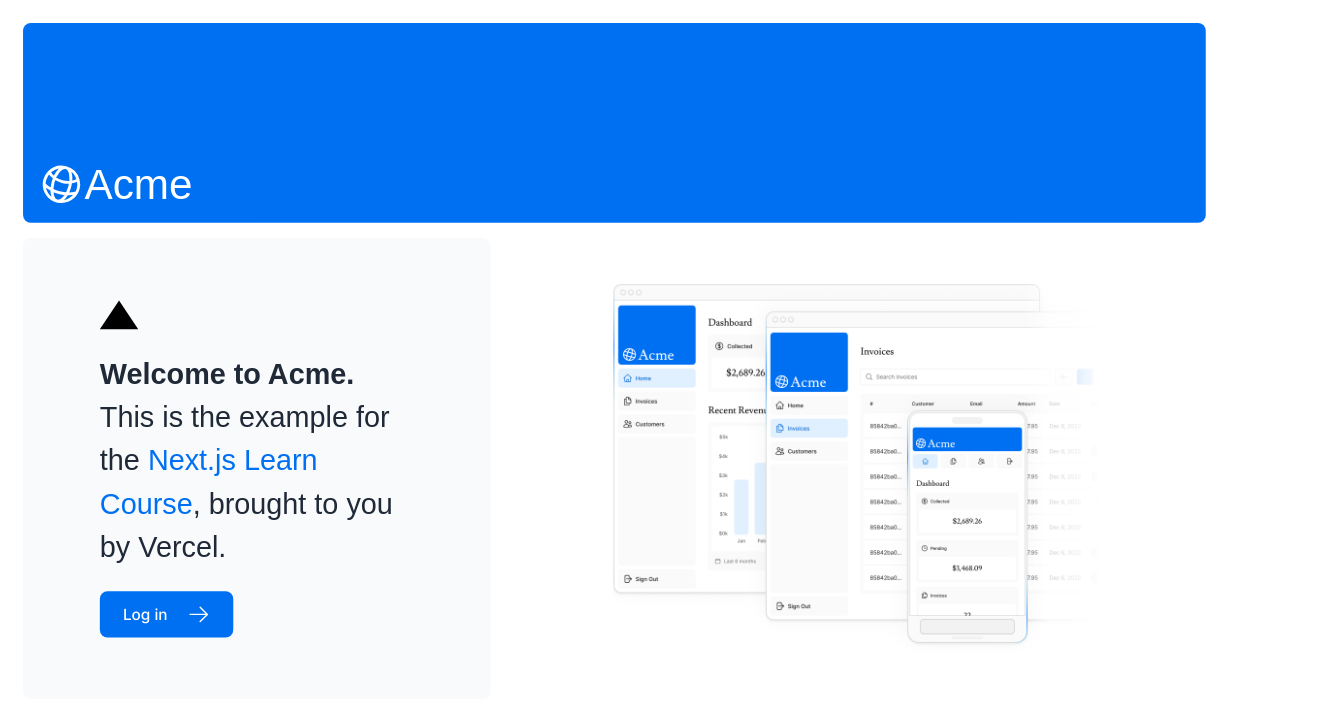
Repository: xupppp/next-project
Page: /
The author's editor kept a copy of each file at every save. The page is drawn from the files as they stood at one save, then again after the next save.
The browser window is 1280 px wide. The page is 1280 px wide, then 1397 px, so the pictures cover 1397 px, including what lies to the right of the window. The pictures show the whole page, at 96% of full size.
Some web fonts or font styles are not loaded; a fallback is used. The project was rebuilt for these pictures with package versions that can differ from the ones it lists, and the page was loaded fresh each time. The framework's server and built-in components were replaced by stand-ins that run in the browser. Also part of the build but not shown: next.config.js.

Above is the page before, as saved 2023-12-12 11:22:47.

### app/page.tsx
import AcmeLogo from '@/app/ui/acme-logo';
import { ArrowRightIcon } from '@heroicons/react/24/outline';
import Link from 'next/link';
import { lusitana } from '@/app/ui/fonts';
import Image from 'next/image';

export default function Page() {
  return (
    <main className="flex min-h-screen flex-col p-6">
      <div className="flex h-20 shrink-0 items-end rounded-lg bg-blue-500 p-4 md:h-52">
        <AcmeLogo />
      </div>
      <div className="mt-4 flex grow flex-col gap-4 md:flex-row">
        <div className="flex flex-col justify-center gap-6 rounded-lg bg-gray-50 px-6 py-10 md:w-2/5 md:px-20">
          <div className="h-0 w-0 border-b-[30px] border-l-[20px] border-r-[20px] border-b-black border-l-transparent border-r-transparent" />
          <p
            className={`${lusitana.className} text-xl text-gray-800 md:text-3xl md:leading-normal`}
          >
            <strong>Welcome to Acme.</strong> This is the example for the{' '}
            <a href="https://nextjs.org/learn/" className="text-blue-500">
              Next.js Learn Course
            </a>
            , brought to you by Vercel.
          </p>
          <Link
            href="/login"
            className="flex items-center gap-5 self-start rounded-lg bg-blue-500 px-6 py-3 text-sm font-medium text-white transition-colors hover:bg-blue-400 md:text-base"
          >
            <span>Log in</span> <ArrowRightIcon className="w-5 md:w-6" />
          </Link>
        </div>
        <div className="flex items-center justify-center p-6 md:w-3/5 md:px-28 md:py-12">
          {/* Add Hero Images Here */}
          <Image
            src="/hero-desktop.png"
            width={1000}
            height={760}
            className="hidden md:block"
            alt="Screenshots of the dashboard project showing desktop version"
          />
        </div>
      </div>
    </main>
  );
}

Loaded but not shown: app/layout.tsx (common file); app/ui/global.css (common file); app/ui/fonts.ts (common file); app/ui/acme-logo.tsx (common file); tailwind.config.ts (common file)

After the next save:
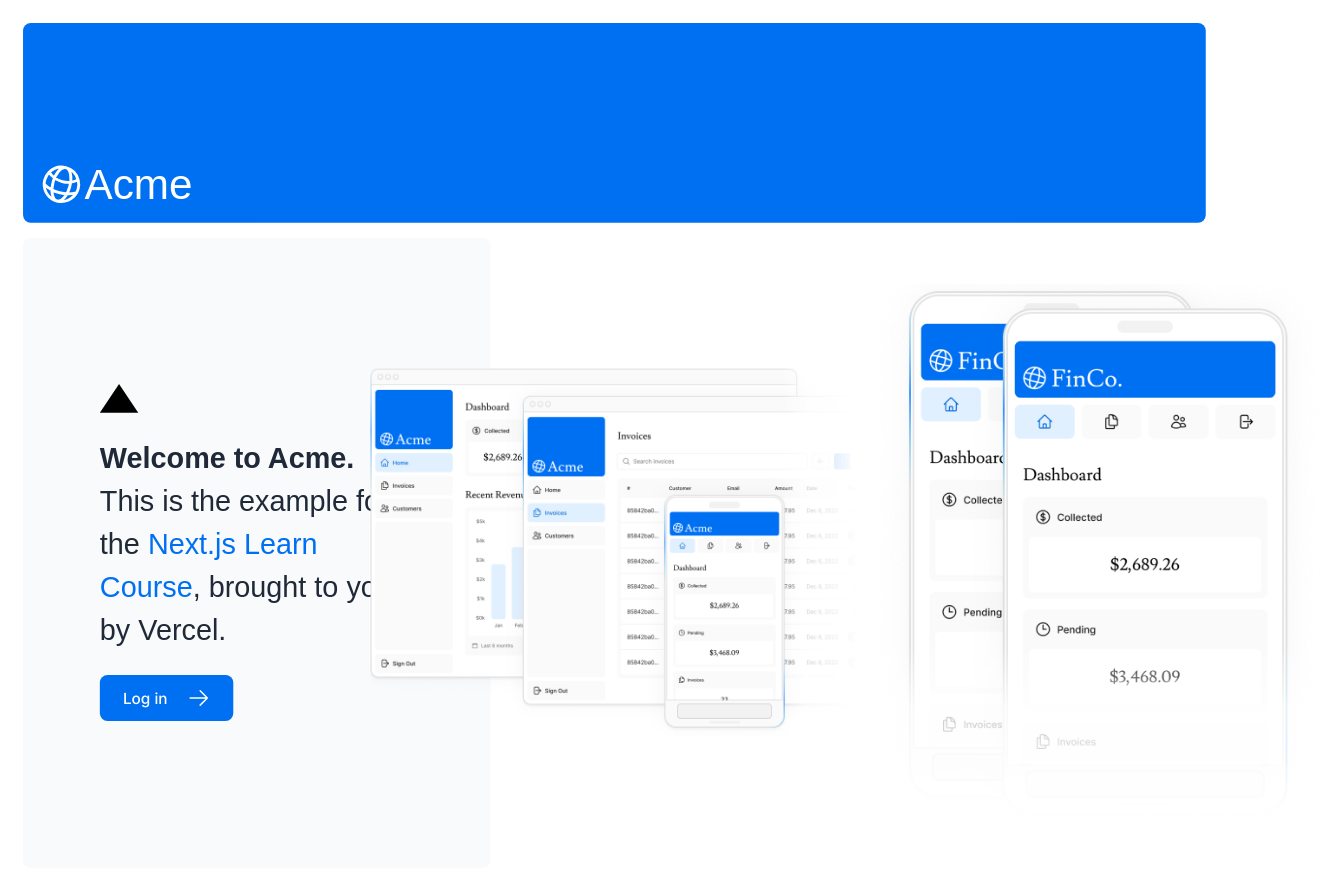
Saved 7 min 48 s later.
--- a/app/page.tsx
+++ b/app/page.tsx
@@ -38,6 +38,13 @@ export default function Page() {
             className="hidden md:block"
             alt="Screenshots of the dashboard project showing desktop version"
           />
+          <Image
+            src="/hero-mobile.png"
+            width={560}
+            height={620}
+            className="hidden sm:block"
+            alt="Screenshots of the dashboard project showing mobile version"
+          />
         </div>
       </div>
     </main>
